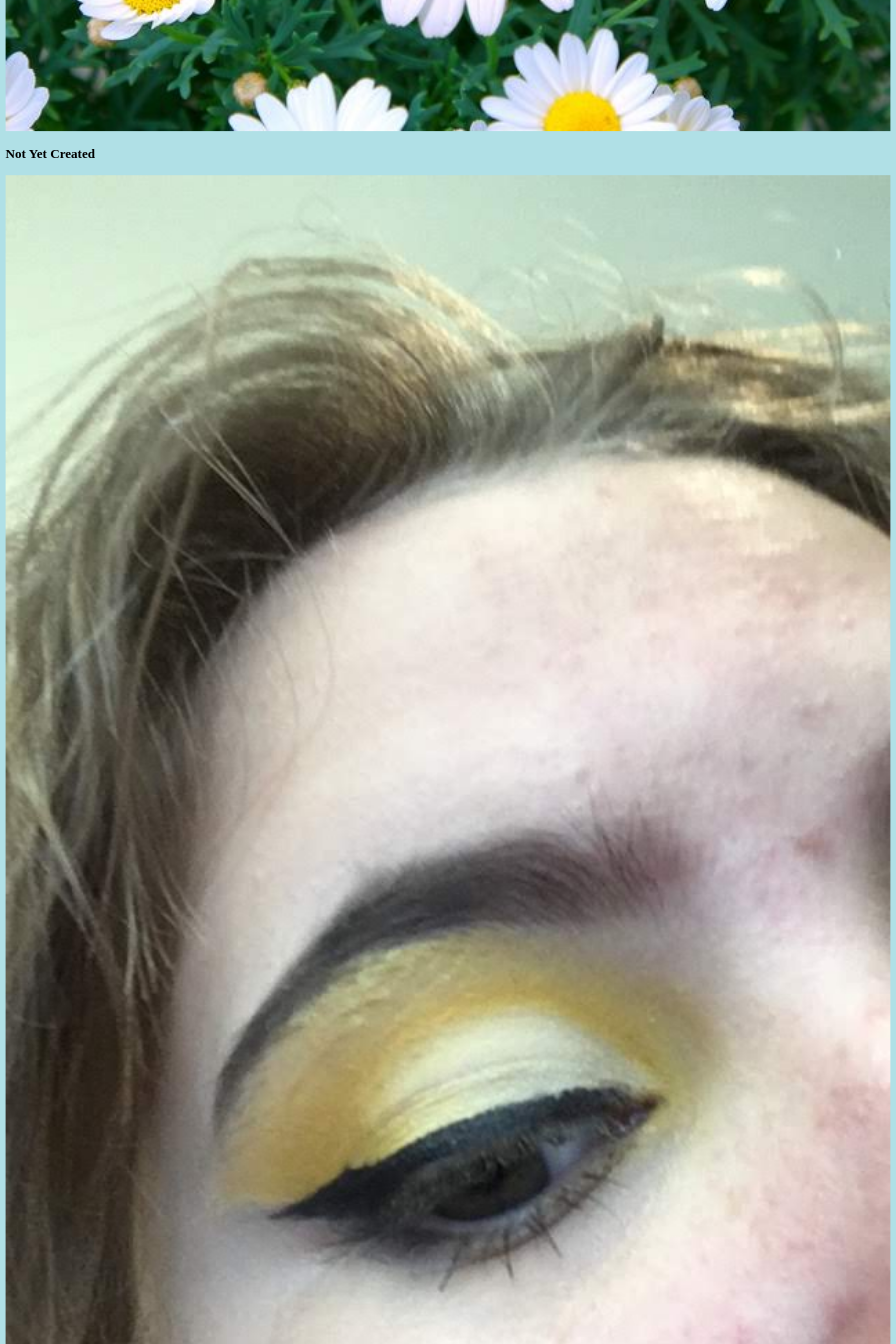
Repository: EMcmurray1862/emcmurray1862.github.io
Page: my_website/portfolio.html
The author's editor kept a record of every edit. The page is drawn from the files as they stood at one moment, then again after the next edit.
The browser window is 1280 px wide. The pictures show the part of the page from y = 3006 to 4926 px (the page is 5563 px tall before and 4266 px after), at 70% of full size.

Above is the page before.

After the next edit:
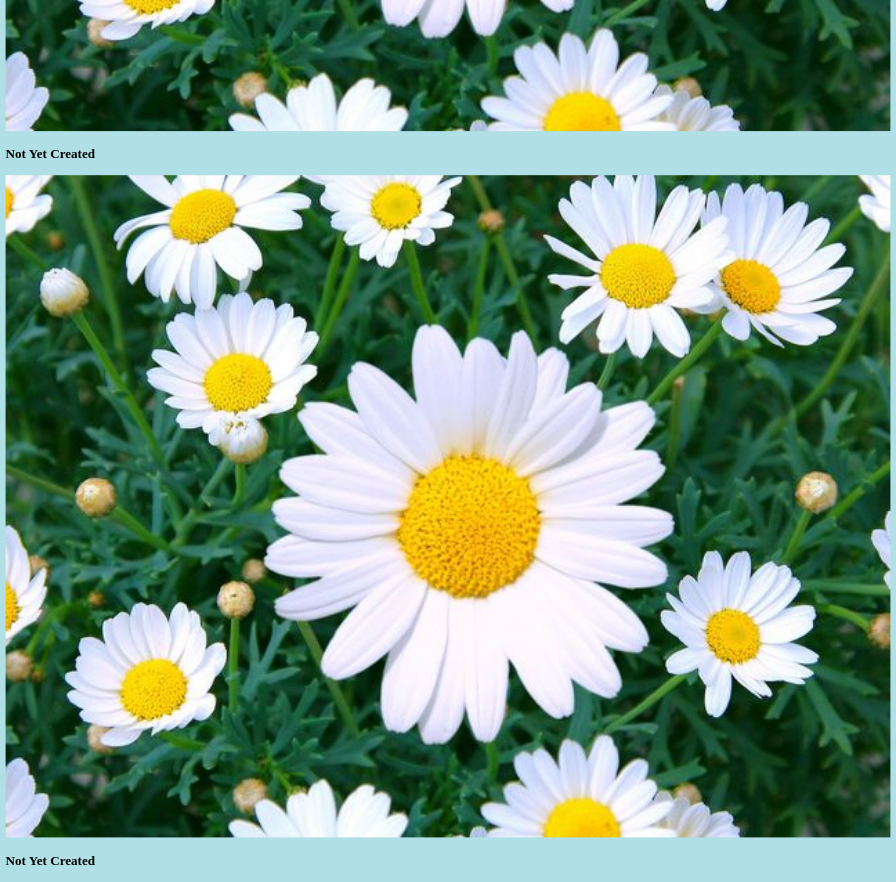
The edit:
--- a/my_website/portfolio.html
+++ b/my_website/portfolio.html
@@ -39,8 +39,8 @@
   </div>
   <div class="column">
     <div class="content">
-    <img src="images/yellow_cutcrease.jpg" style="width:100%" "length:100%">
-      <h3>August 2, 2019 </h3>
+    <img src="images/daisy.jpg" style="width:100%" "length:100%">
+      <h3>Not Yet Created </h3>
      </div>
   </div>
 	  </body>
